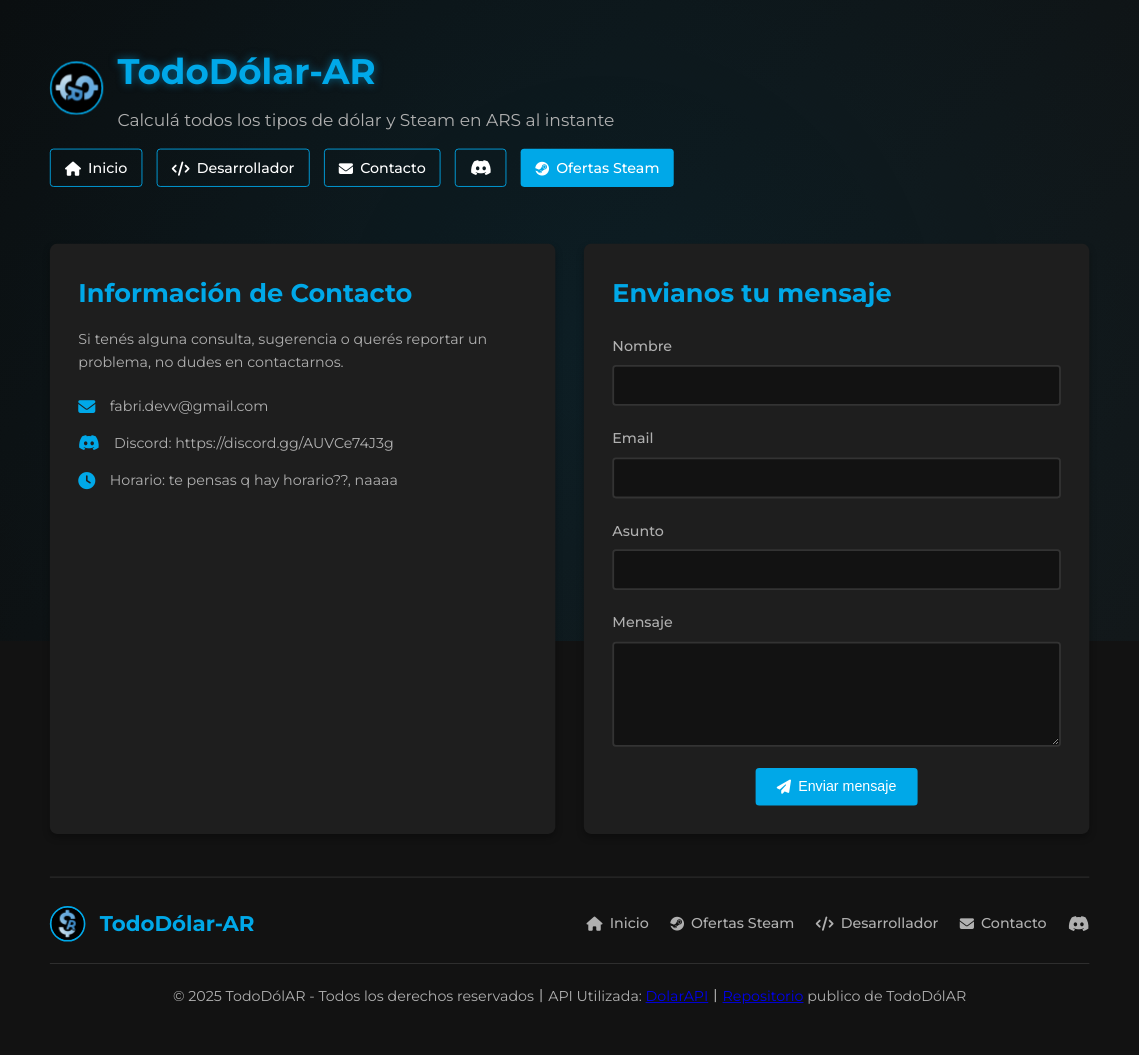
Repository: FabriDevelope/todod-lar-ar
Page: contacto/index.html
These files come from the project's save history. The page is drawn as it stood at one moment and after the next save; the edit follows.
The browser window is 1280 px wide. The pictures show the whole page, at 89% of full size.

Above is the page before, as saved 2025-09-06 23:27:41.
Console error: TypeError: Cannot read properties of null (reading 'addEventListener')

After the next save:
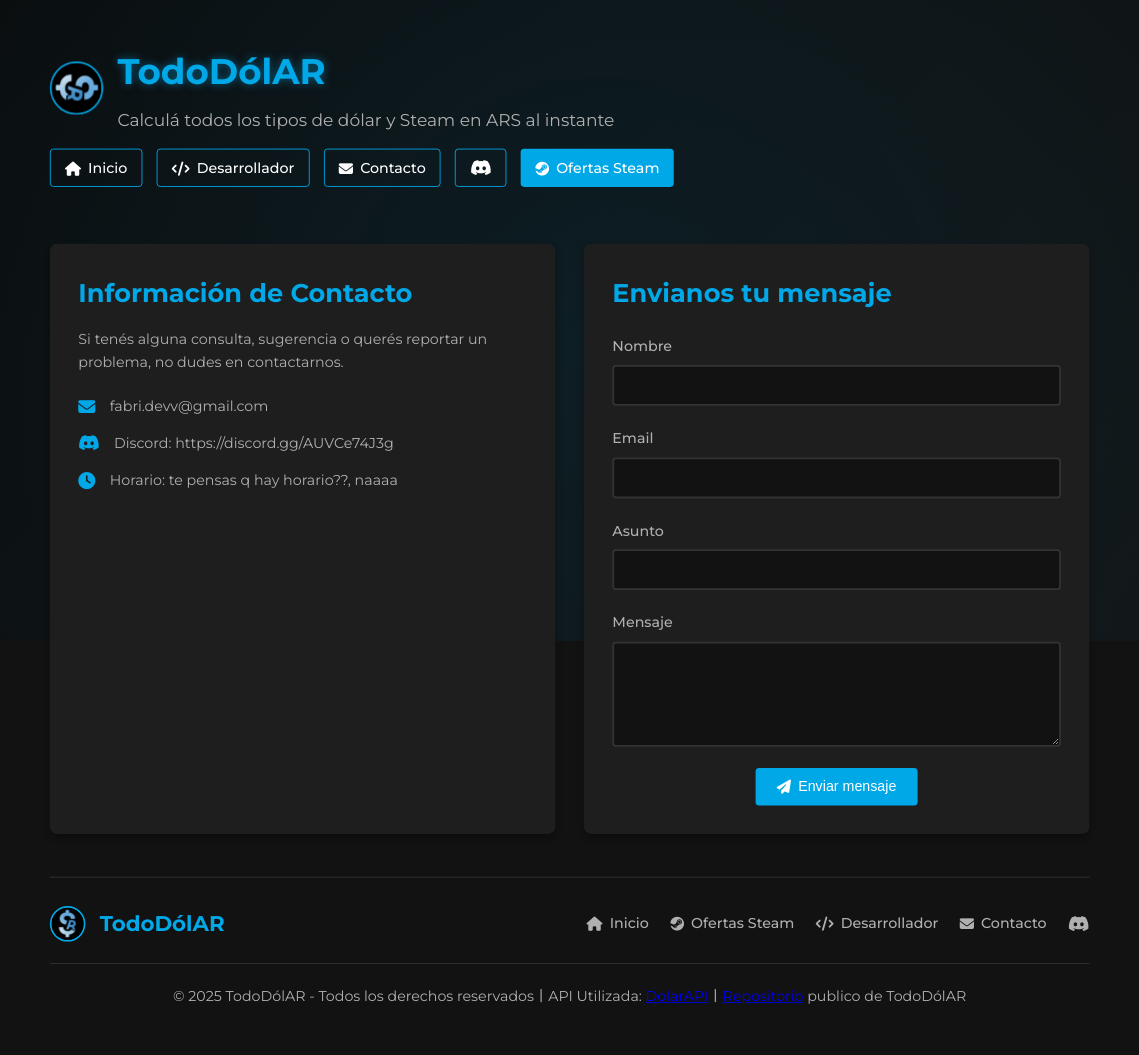
Saved 19 s later.
--- a/contacto/index.html
+++ b/contacto/index.html
@@ -3,7 +3,7 @@
 <head>
     <meta charset="UTF-8">
     <meta name="viewport" content="width=device-width, initial-scale=1.0">
-    <title>Contacto - TodoDólar-AR</title>
+    <title>Contacto - TodoDólAR</title>
     <link rel="stylesheet" href="../css/style.css">
     <link rel="icon" type="image/png" href="../favicon.png">
     <link href="https://fonts.googleapis.com/css2?family=Montserrat:wght@400;500;700&display=swap" rel="stylesheet">
@@ -20,7 +20,7 @@
                 <div class="header-logo">
                     <img src="../logo/logo.png" alt="TodoDólar-AR Logo" class="logo-img">
                     <div>
-                        <h1 class="header-title">TodoDólar-AR</h1>
+                        <h1 class="header-title">TodoDólAR</h1>
                         <p class="header-subtitle">Calculá todos los tipos de dólar y Steam en ARS al instante</p>
                     </div>
                 </div>
@@ -96,8 +96,8 @@
         <footer class="footer">
             <div class="footer-content">
                 <div class="footer-logo">
-                    <img src="../logo/logo.png" alt="TodoDólar-AR Logo" class="footer-logo-img">
-                    <span class="footer-title">TodoDólar-AR</span>
+                    <img src="../logo/logo.png" alt="TodoDólAR Logo" class="footer-logo-img">
+                    <span class="footer-title">TodoDólAR</span>
                 </div>
                 <div class="footer-links">
                     <a href="../inicio/index.html" class="footer-link">
